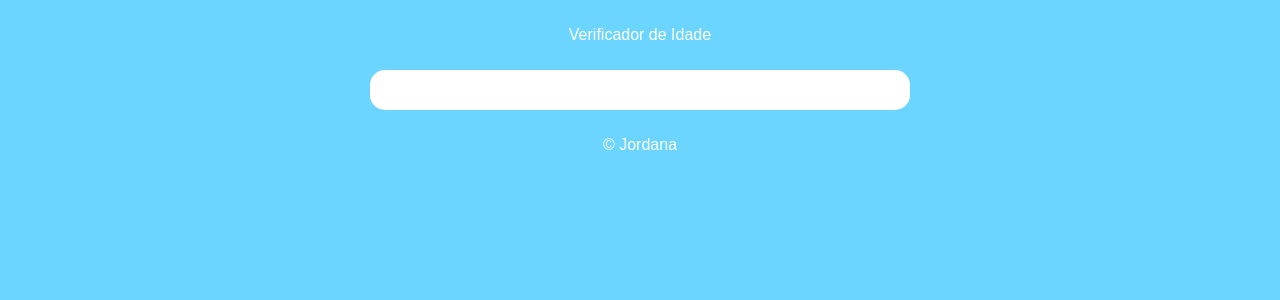
Repository: Iamjordana/Curso-JavaScript
Page: desafio/d02/inde.html
An editor plug-in stored every save of this project. The page is shown before and after a run of saves, followed by the edit.
The browser window is 1280 px wide. The pictures show the whole page.

Above is the page before, as saved 2025-02-20 12:04:02.

### desafio/d02/inde.html
<!DOCTYPE html>
<html lang="pt-br">
<head>
    <meta charset="UTF-8">
    <meta name="viewport" content="width=device-width, initial-scale=1.0">
    <title>Modelo Exercicio 2</title>
    <link rel="stylesheet" href="style.css">
</head>
<body>
    <header>
        <p>Verificador de Idade</p>
    </header>
    <section>
        <div>

        </div>
        <div>

        </div>
    </section>
    <footer>
        <p>&copy; Jordana</p>
    </footer>
    <script src="js.js"></script>
</body>
</html>

### desafio/d02/style.css
@charset "UTF-8";

body {
  font-family: Arial, sans-serif;
  background-color: #6bd5ff;
  margin: 0;
  padding: 0;
}

header {
  color: white;
  text-align: center;
  padding: 10px 0;
}

div {
  margin: 0 auto;
  width: 80%;
  text-align: center;
}

section {
  background-color: white;
  padding: 20px;
  border-radius: 15px;
  width: 500px;
  margin: auto;
}

footer {
  color: #ffffff;
  text-align: center;
  padding: 10px 0;
  border-radius: 15px;
}

Loaded but not shown: ex008/js.js (common file)

After the next 2 saves:
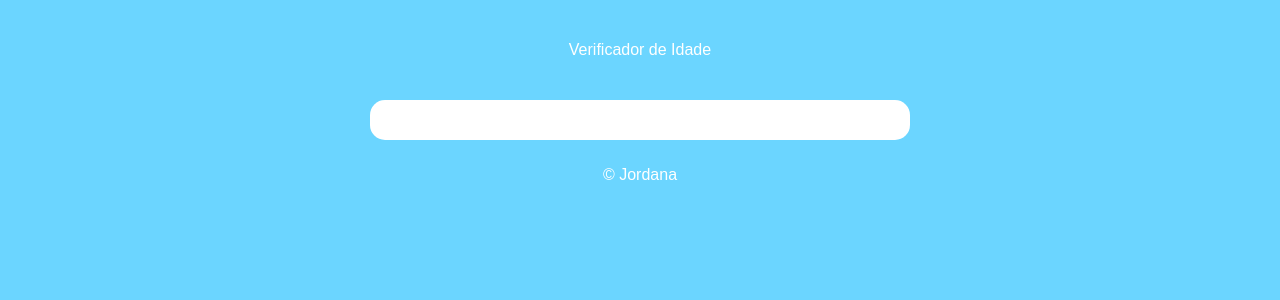
The 2 saves are shown as one change because they came seconds apart.
The last was saved 18 s later.
--- a/desafio/d02/style.css
+++ b/desafio/d02/style.css
@@ -10,7 +10,7 @@
 header {
   color: white;
   text-align: center;
-  padding: 10px 0;
+  padding: 25px 0;
 }
 
 div {

After the save that followed:
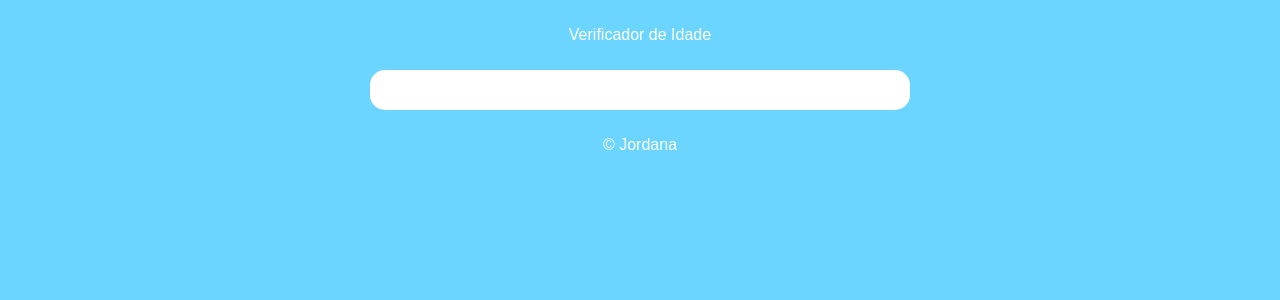
Saved 5 s later.
--- a/desafio/d02/style.css
+++ b/desafio/d02/style.css
@@ -10,7 +10,7 @@
 header {
   color: white;
   text-align: center;
-  padding: 25px 0;
+  padding: 10px 0;
 }
 
 div {
@@ -22,6 +22,7 @@
 section {
   background-color: white;
   padding: 20px;
+  margin: 10px 0;
   border-radius: 15px;
   width: 500px;
   margin: auto;
